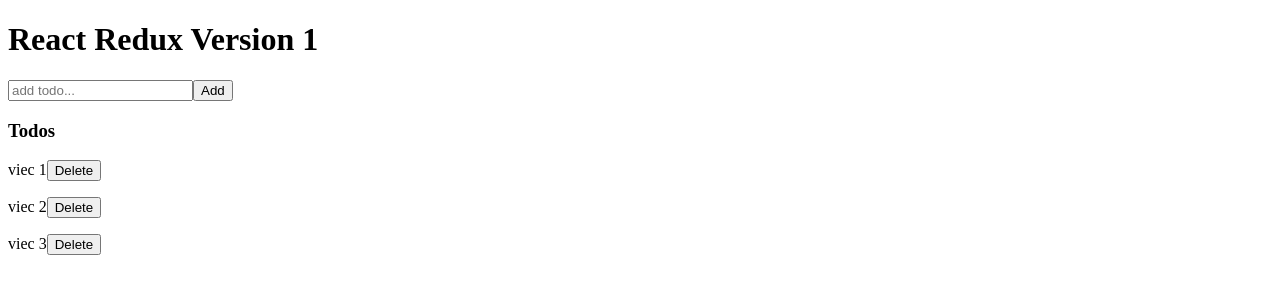
Repository: huynhnt1406/react-redux-tutorial
Page: / (app in react-hooks/)
The author's editor kept a copy of each file at every save. The page is drawn from the files as they stood at one save, then again after the next save.
The browser window is 1280 px wide. The pictures show the whole page.
The project was rebuilt for these pictures with package versions that can differ from the ones it lists, and the page was loaded fresh each time.

Above is the page before, as saved 2021-06-18 20:52:09.

After the next save:
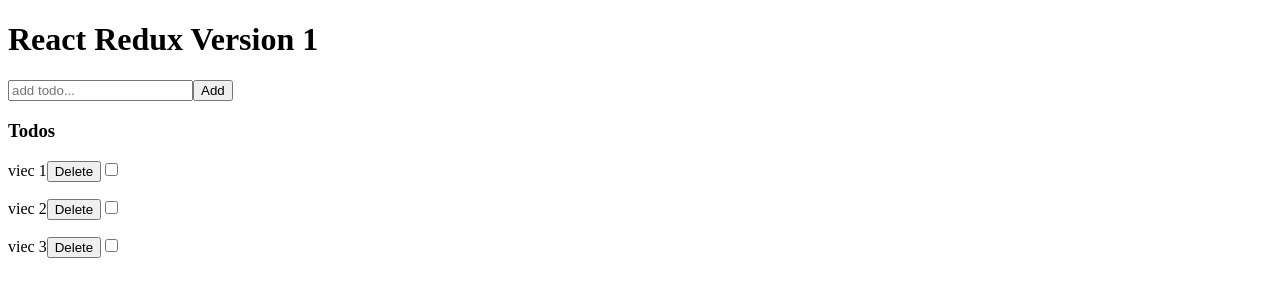
Saved 76 s later.
--- a/react-hooks/src/component/TodoItem.jsx
+++ b/react-hooks/src/component/TodoItem.jsx
@@ -6,7 +6,7 @@ function TodoItem({id, title}) {
     const {archiveTodo} = useContext(TodosContext)
     return (
         <div>
-            <p >{title}<button onClick={() => archiveTodo(id)}>Delete</button></p>
+            <p >{title}<button onClick={() => archiveTodo(id)}>Delete</button><input type="checkbox"/></p>
         </div>
     )
 }
